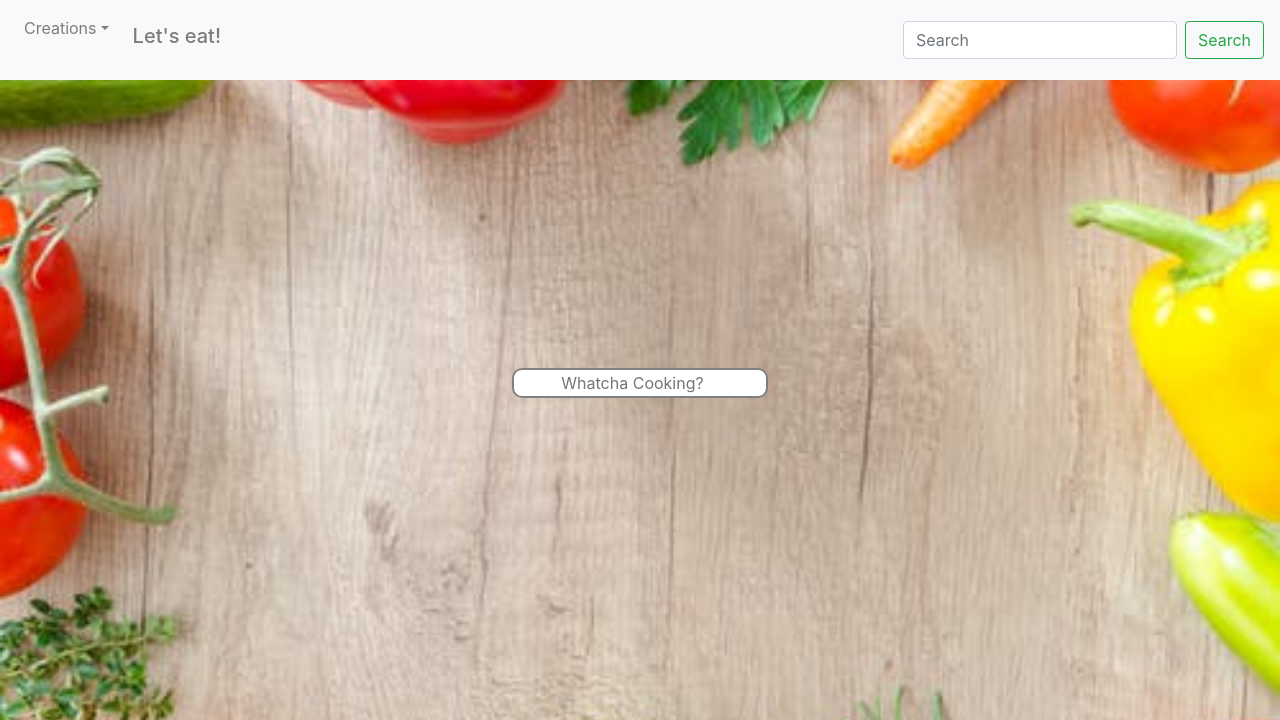
Repository: bandyp/cookBook
Page: index.html
The author's editor kept a record of every edit. The page is drawn from the files as they stood at one moment, then again after the next edit.
The browser window is 1280 px wide. The pictures show the whole page.

Above is the page before.

After the next edit:
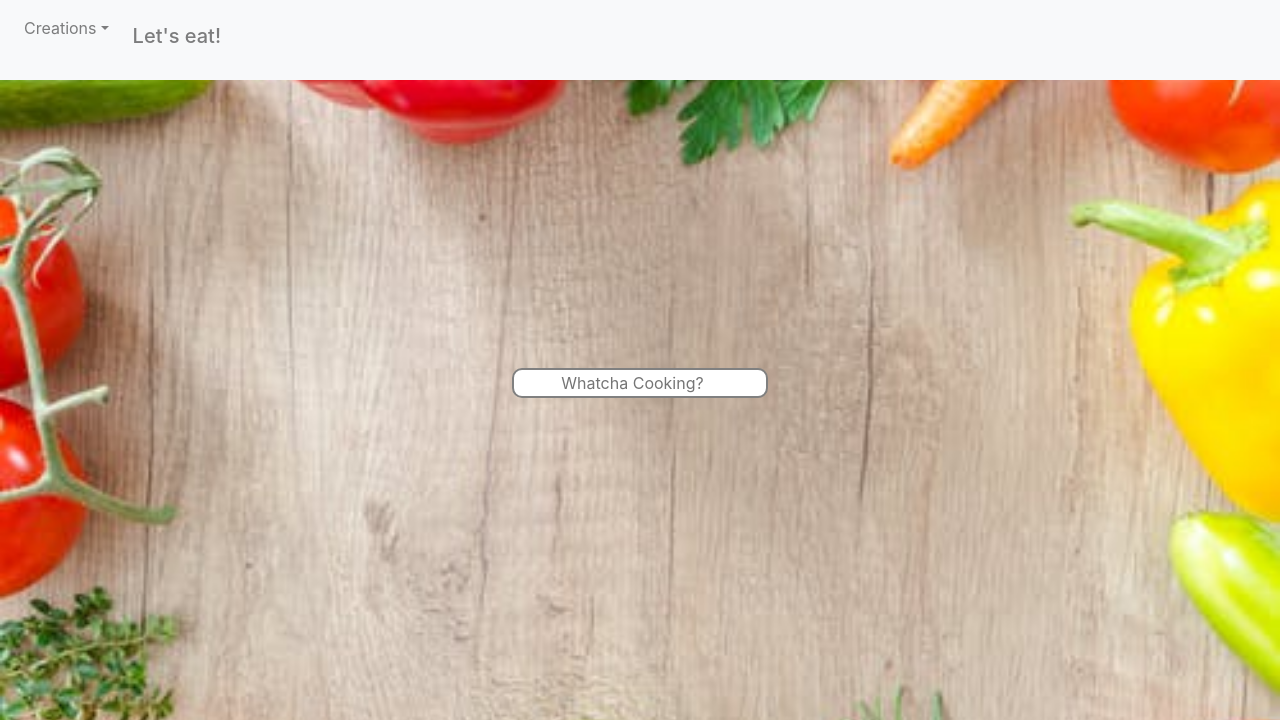
The edit:
--- a/index.html
+++ b/index.html
@@ -44,10 +44,7 @@
         </div>
 
 
-        <form class="form-inline my-2 my-lg-0">
-            <input class="form-control mr-sm-2" type="search" placeholder="Search" aria-label="Search">
-            <button class="btn btn-outline-success my-2 my-sm-0" type="submit">Search</button>
-        </form>
+
 
     </nav>
     <div class="box">
